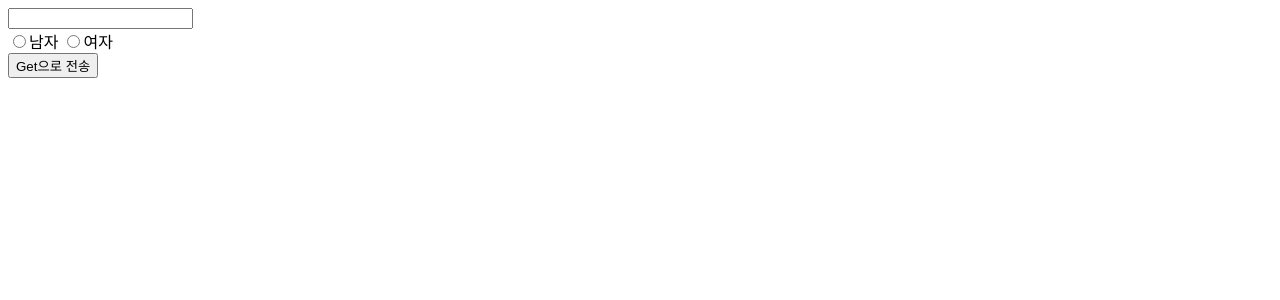
Repository: jdy0120/JSP
Page: http://localhost/basic/test_form.jsp
The author's editor kept a copy of each file at every save. The page is drawn from the files as they stood at one save, then again after the next save.
The browser window is 1280 px wide. The pictures show the whole page.
The page is served by Tomcat 9.

Above is the page before, as saved 2020-11-24 07:00:59.

After the next save:
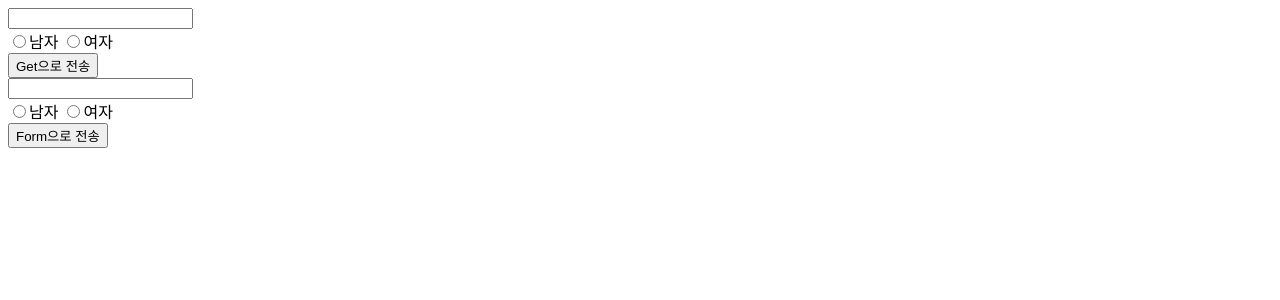
Saved 3 min 24 s later.
--- a/work/basic/WebContent/test_form.jsp
+++ b/work/basic/WebContent/test_form.jsp
@@ -12,5 +12,12 @@
 <input type='radio' name='gender' value='m'>남자
 <input type='radio' name='gender' value='f'>여자 <br/>
 <input type='submit' value='Get으로 전송'>
+</form>
+<form name='frmGet' action='test' method='post'>
+<input type='text' name='txtPost'/><br/>
+<input type='radio' name='gender' value='m'>남자
+<input type='radio' name='gender' value='f'>여자 <br/>
+<input type='submit' value='Form으로 전송'>
+</form>
 </body>
 </html>
